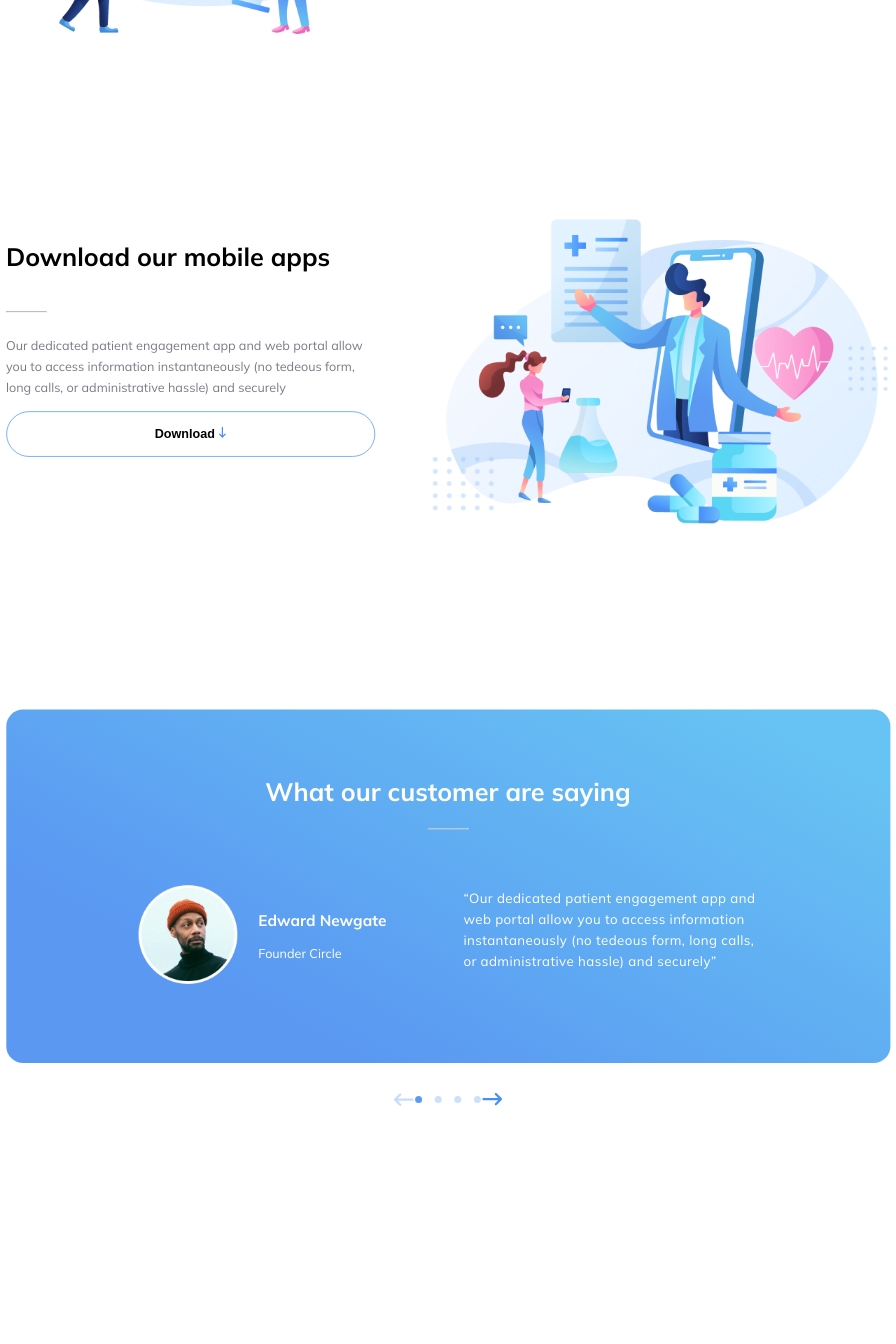
Repository: ivan-developer-01/trafalgar-layout
Page: index.html
An editor plug-in stored every save of this project. The page is shown before and after the next save, followed by the edit.
The browser window is 1280 px wide. The pictures show the part of the page from y = 2632 to 4552 px (the page is 4552 px tall), at 70% of full size.

Above is the page before, as saved 2024-11-08 16:42:50.

After the next save:
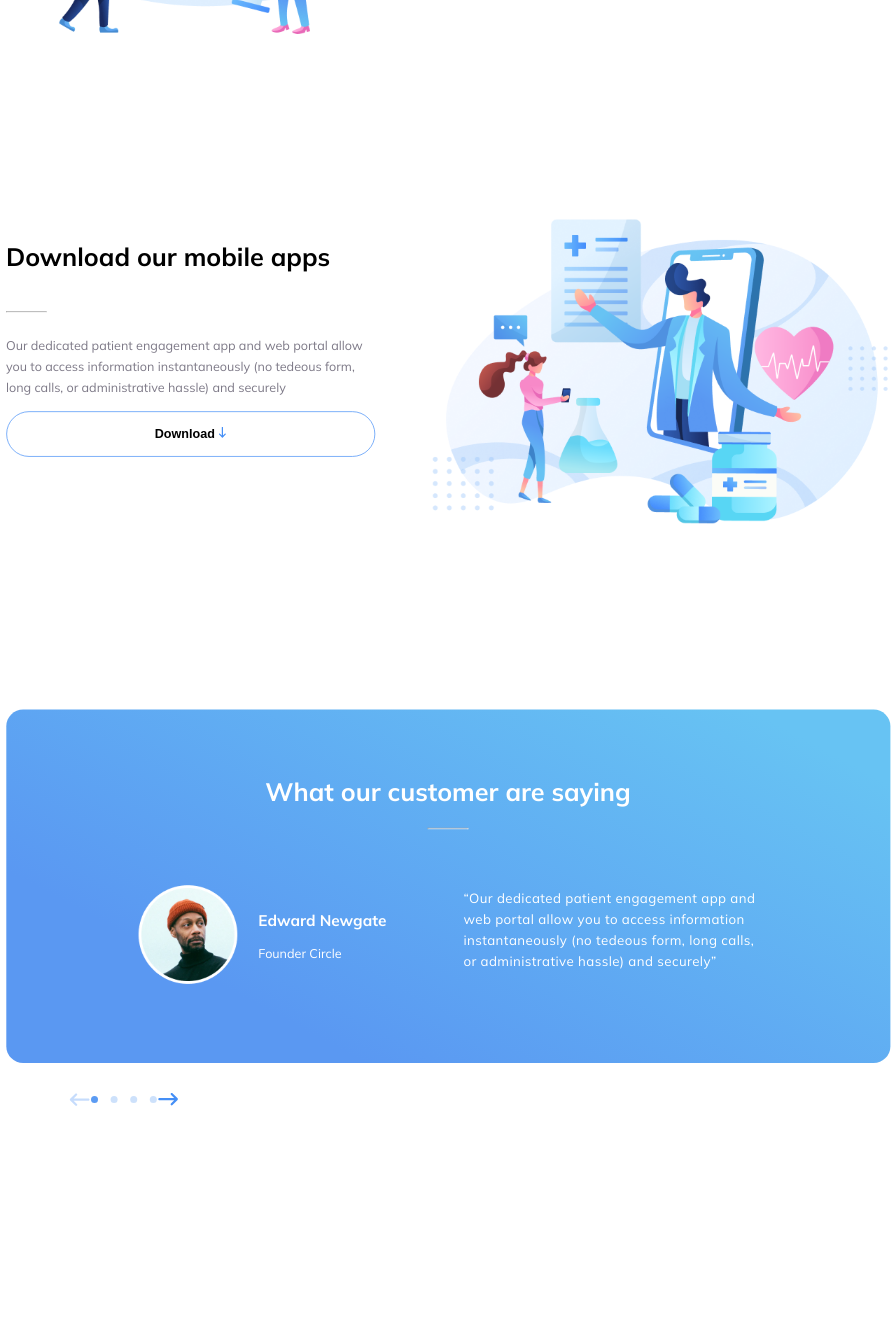
Saved 12 s later.
--- a/style.css
+++ b/style.css
@@ -289,7 +289,8 @@
 
 .reviews .dots {
 	display: flex;
-	justify-content: center;
+	margin: 0 auto;
+	/* justify-content: center; */
 	align-items: center;
 	margin-top: 42px;
 }

After the 2 saves that followed:
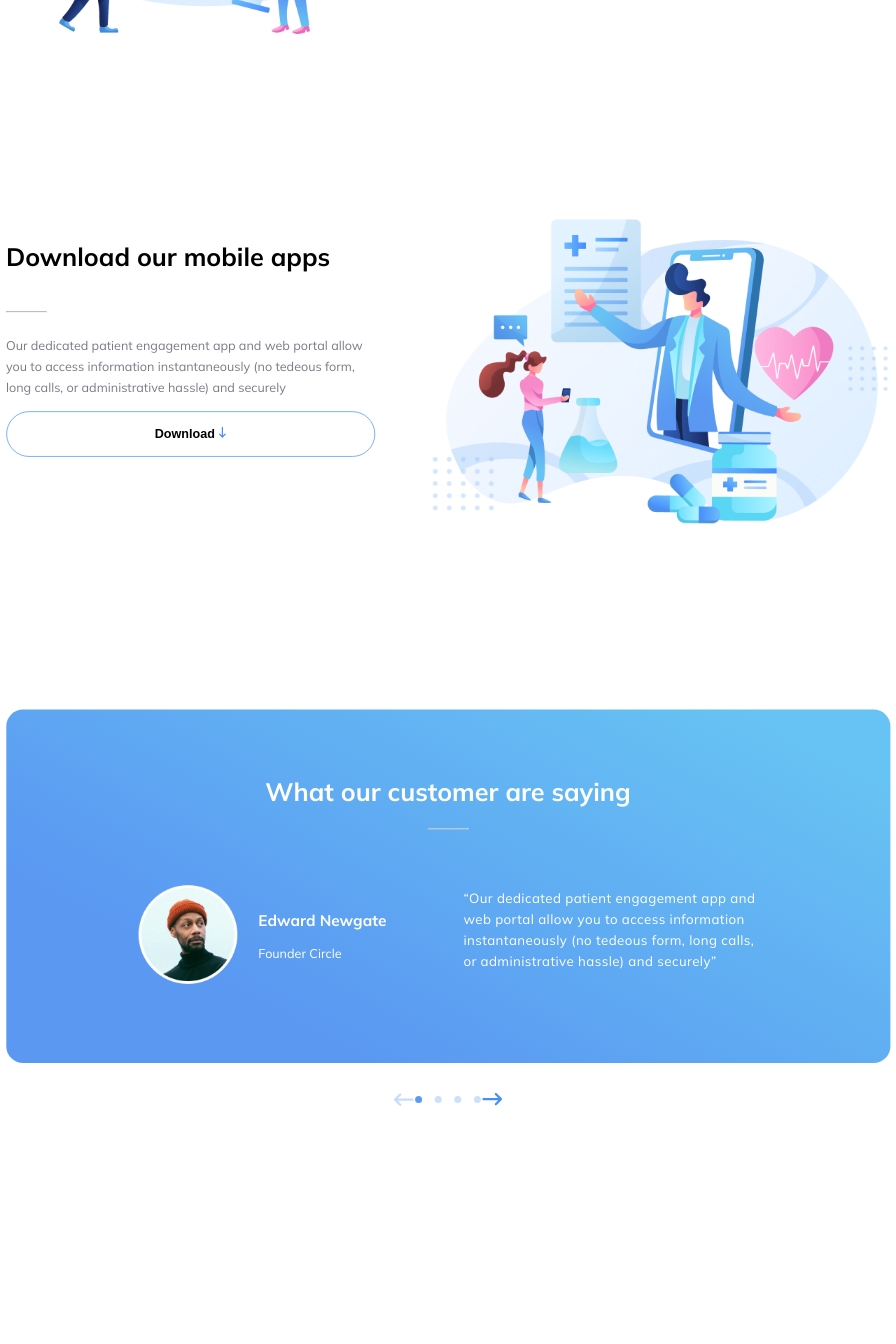
The 2 saves are shown as one change because they came seconds apart.
The last was saved 14 s later.
--- a/style.css
+++ b/style.css
@@ -289,8 +289,7 @@
 
 .reviews .dots {
 	display: flex;
-	margin: 0 auto;
-	/* justify-content: center; */
+	justify-content: center;
 	align-items: center;
 	margin-top: 42px;
 }
